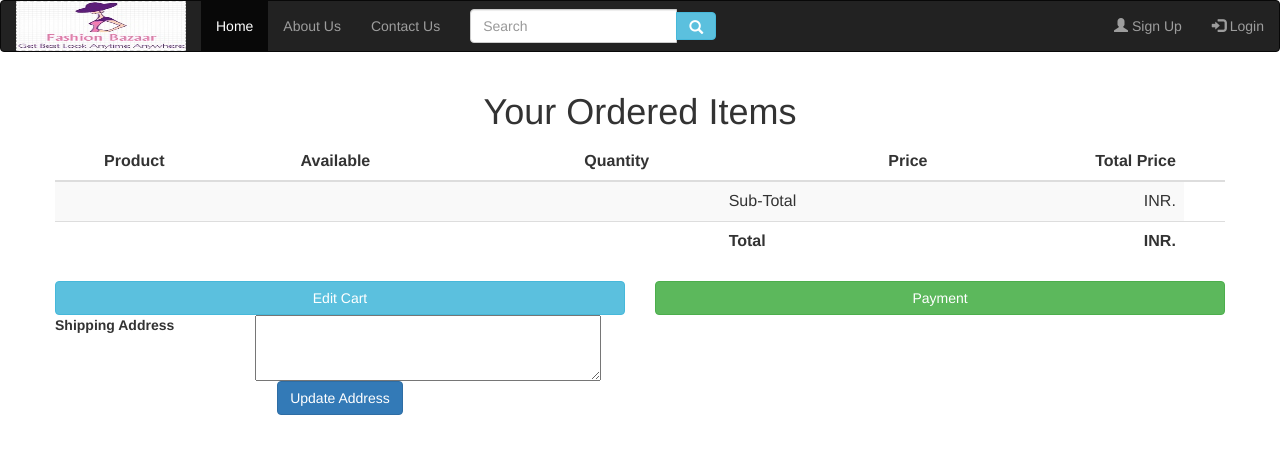
Repository: SmithaMendonca/Project-1
Page: http://localhost/FashionBazarFrontend/WEB-INF/views/OrderConfirm.jsp
The author's editor kept a copy of each file at every save. The page is drawn from the files as they stood at one save, then again after the next save.
The browser window is 1280 px wide. The pictures show the whole page.
The page is served by Tomcat 9. Nobody is signed in. The template is opened directly, without the code that normally fills it, so the values that code supplies are empty.

Above is the page before, as saved 2019-06-07 05:39:45.

After the next save:
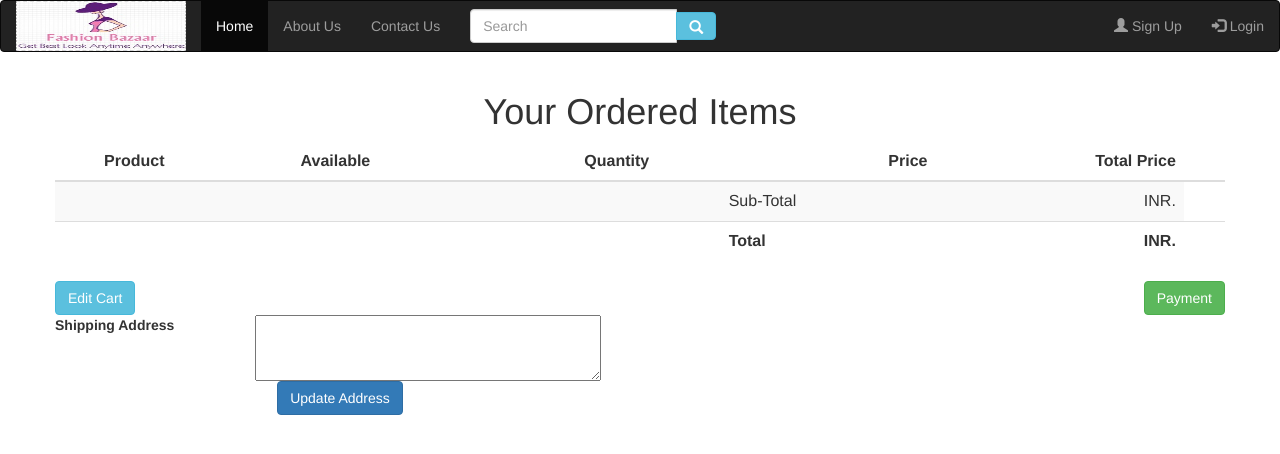
Saved 28 s later.
--- a/FashionBazarFrontend/src/main/webapp/WEB-INF/views/OrderConfirm.jsp
+++ b/FashionBazarFrontend/src/main/webapp/WEB-INF/views/OrderConfirm.jsp
@@ -60,10 +60,10 @@
         <div class="col mb-2">
             <div class="row">
                 <div class="col-sm-12  col-md-6">
-                     <a href="<c:url value="/showCart"/>" class="btn btn-block btn-info">Edit Cart</a>
+                     <a href="<c:url value="/showCart"/>" class="btn btn-info">Edit Cart</a>
                 </div>
                 <div class="col-sm-12 col-md-6 text-right">
-                    <a href="<c:url value="/payment"/>" class="btn btn-block btn-success">Payment</a>
+                    <a href="<c:url value="/payment"/>" class="btn btn-success">Payment</a>
                 </div>
             </div>
             <form action="<c:url value="/updateAddr"/>" method="post">
